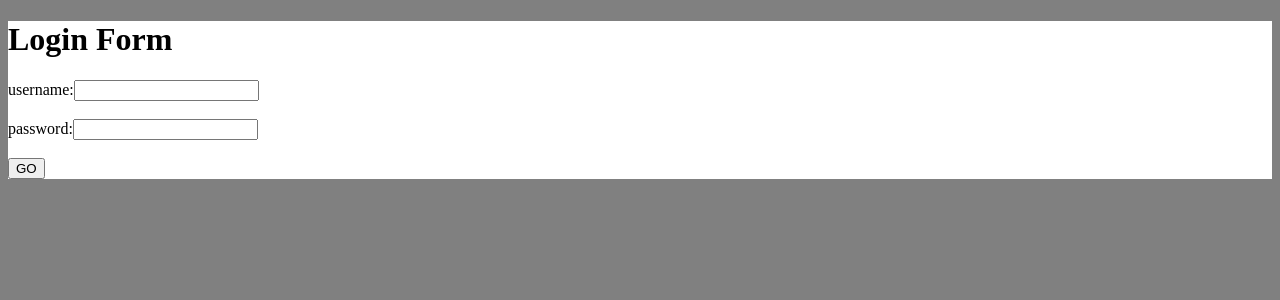
Repository: VIJAYkollu-7568/rakhi
Page: jsp/src/main/webapp/login.html
The author's editor kept a copy of each file at every save. The page is drawn from the files as they stood at one save, then again after the next save.
The browser window is 1280 px wide. The pictures show the whole page.

Above is the page before, as saved 2024-11-07 09:15:57.

After the next save:
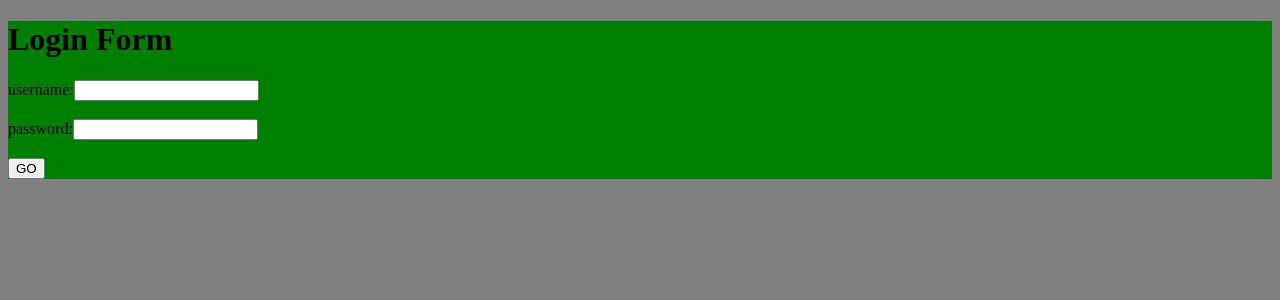
Saved 16 s later.
--- a/jsp/src/main/webapp/login.html
+++ b/jsp/src/main/webapp/login.html
@@ -11,7 +11,7 @@
 
 }
 form{
-background-color:white;
+background-color:green;
 align-items: center;
 
 }

After the save that followed:
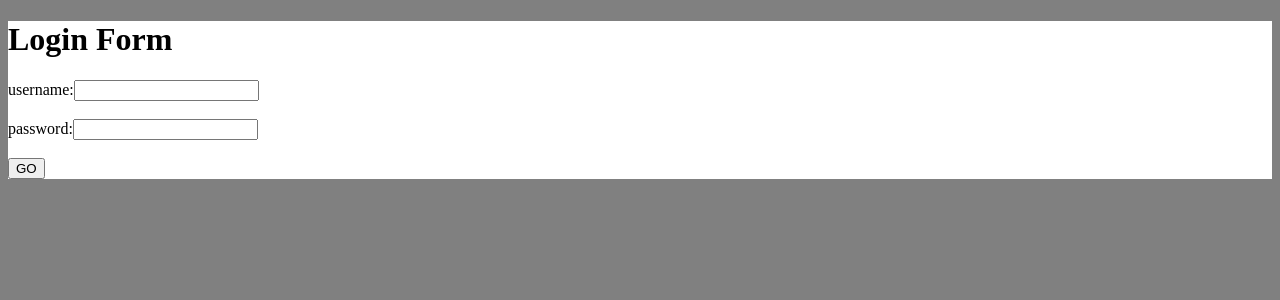
Saved 24 s later.
--- a/jsp/src/main/webapp/login.html
+++ b/jsp/src/main/webapp/login.html
@@ -11,7 +11,7 @@
 
 }
 form{
-background-color:green;
+background-color:white;
 align-items: center;
 
 }
